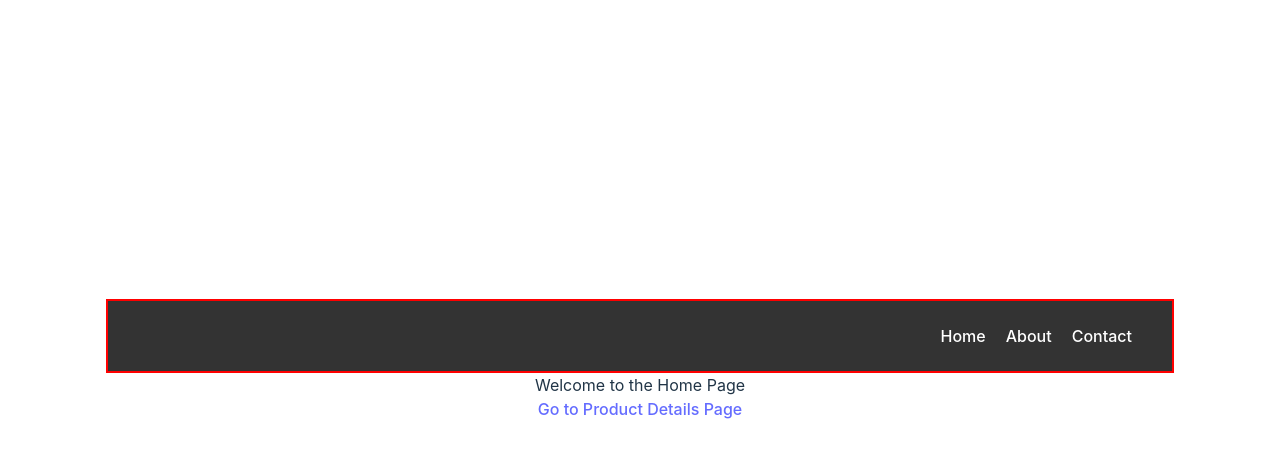
Repository: marcusdashe/proof-of-concept-react-routing
Page: /
An editor plug-in stored every save of this project. The page is shown before and after the next save, followed by the edit.
The browser window is 1280 px wide. The pictures show the whole page.
The project was rebuilt for these pictures with package versions that can differ from the ones it lists, and the page was loaded fresh each time. Also part of the build but not shown: vite.config.js, src/pages/ProductDetails.jsx, src/pages/Checkout.jsx.

Above is the page before, as saved 2023-08-23 12:28:45.

After the next save:
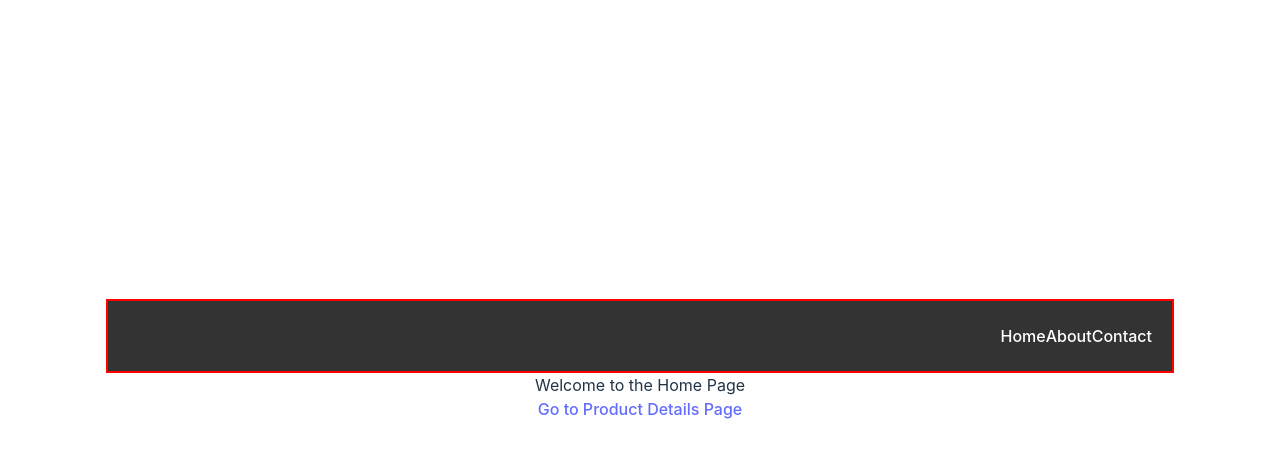
Saved 28 s later.
--- a/src/styles/NavBar.css
+++ b/src/styles/NavBar.css
@@ -31,7 +31,7 @@ ul {
 }
 
 .nav-links li {
-  margin-right: 20px;
+  margin-right: 0px;
 }
 
 .nav-links a {
